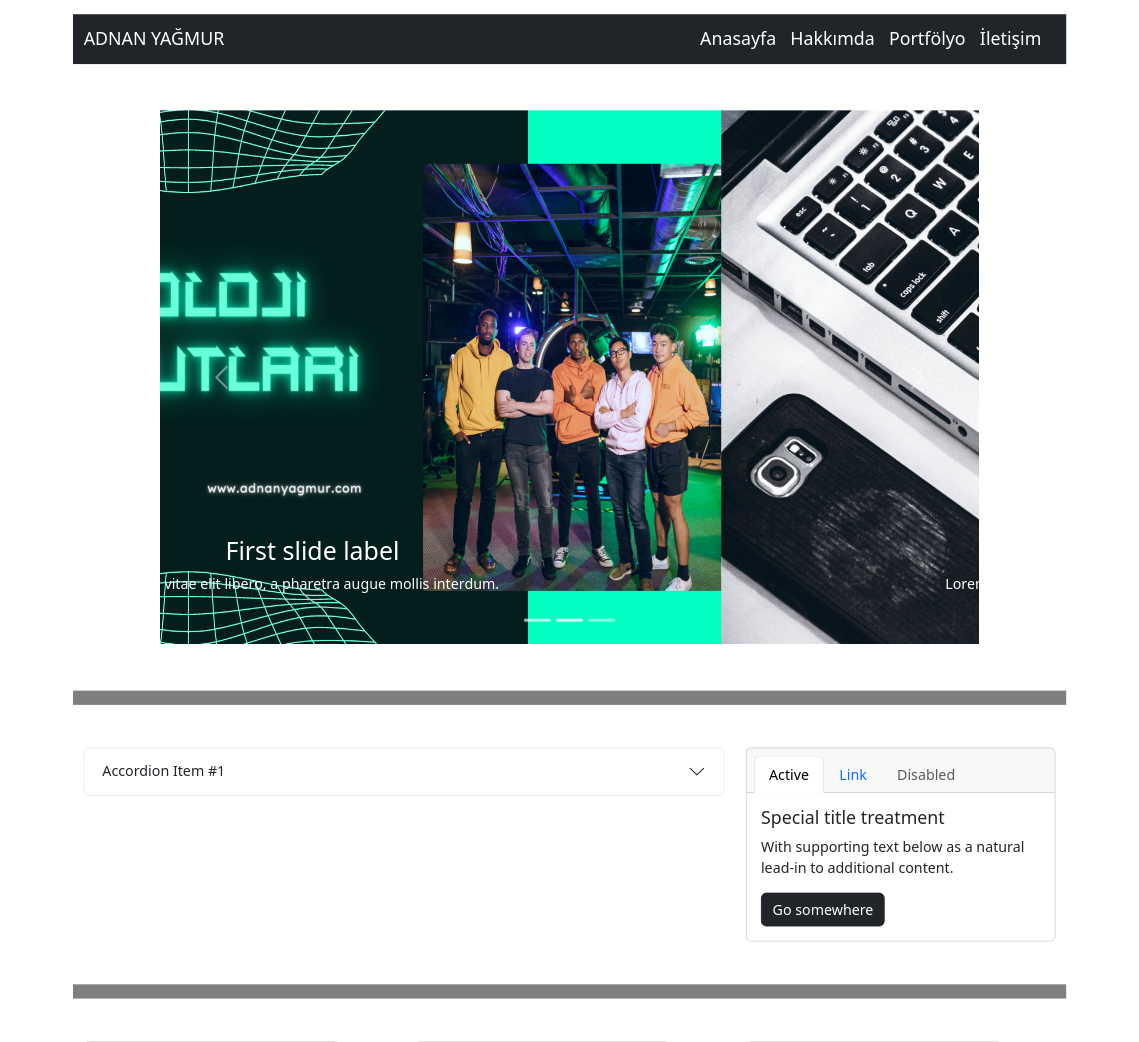
Repository: adnanyagmur/react-bootstrap-example
Page: /
These files come from the project's save history. The page is drawn as it stood at one moment and after the next save; the edit follows.
The browser window is 1280 px wide. The pictures show the part of the page from y = 0 to 1171 px (the page is 2198 px tall), at 89% of full size.
Pictures or frames that could not be fetched are drawn as grey boxes. The project was rebuilt for these pictures with package versions that can differ from the ones it lists, and the page was loaded fresh each time.

Above is the page before, as saved 2022-06-29 13:31:51.

After the next save:
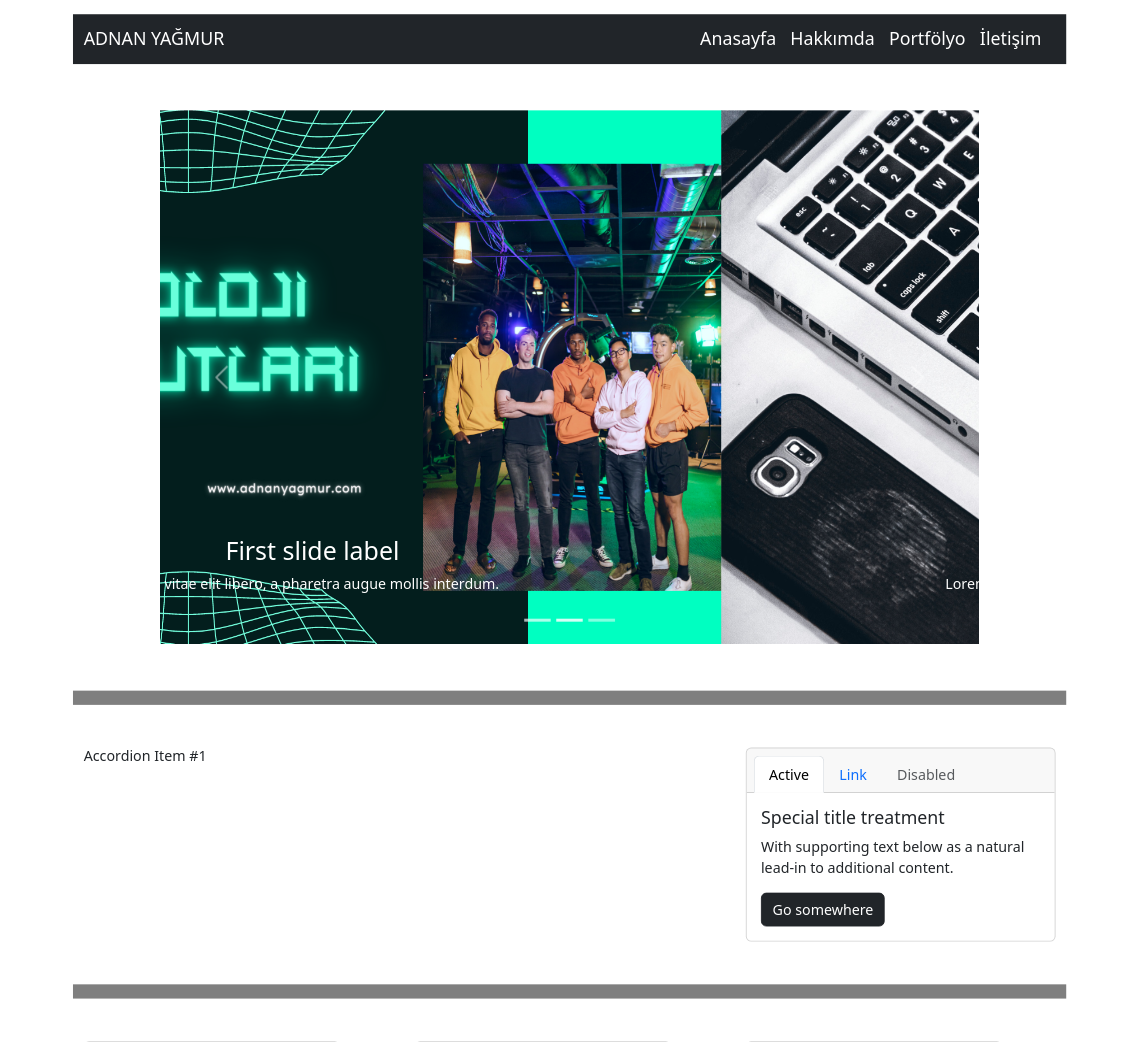
Saved 79 s later.
--- a/src/appComponents/AppContainer.jsx
+++ b/src/appComponents/AppContainer.jsx
@@ -9,7 +9,7 @@ const AppContainer = () => {
         </Row>
         <Row className="pt-5 pb-5">
         <Col sm={8}>
-    <Accordion className="pb-5">
+    <Accordion className="pb-5" bsPrefix="dark">
   <Accordion.Item eventKey="0"  >
     <Accordion.Header>Accordion Item #1</Accordion.Header>
     <Accordion.Body>
